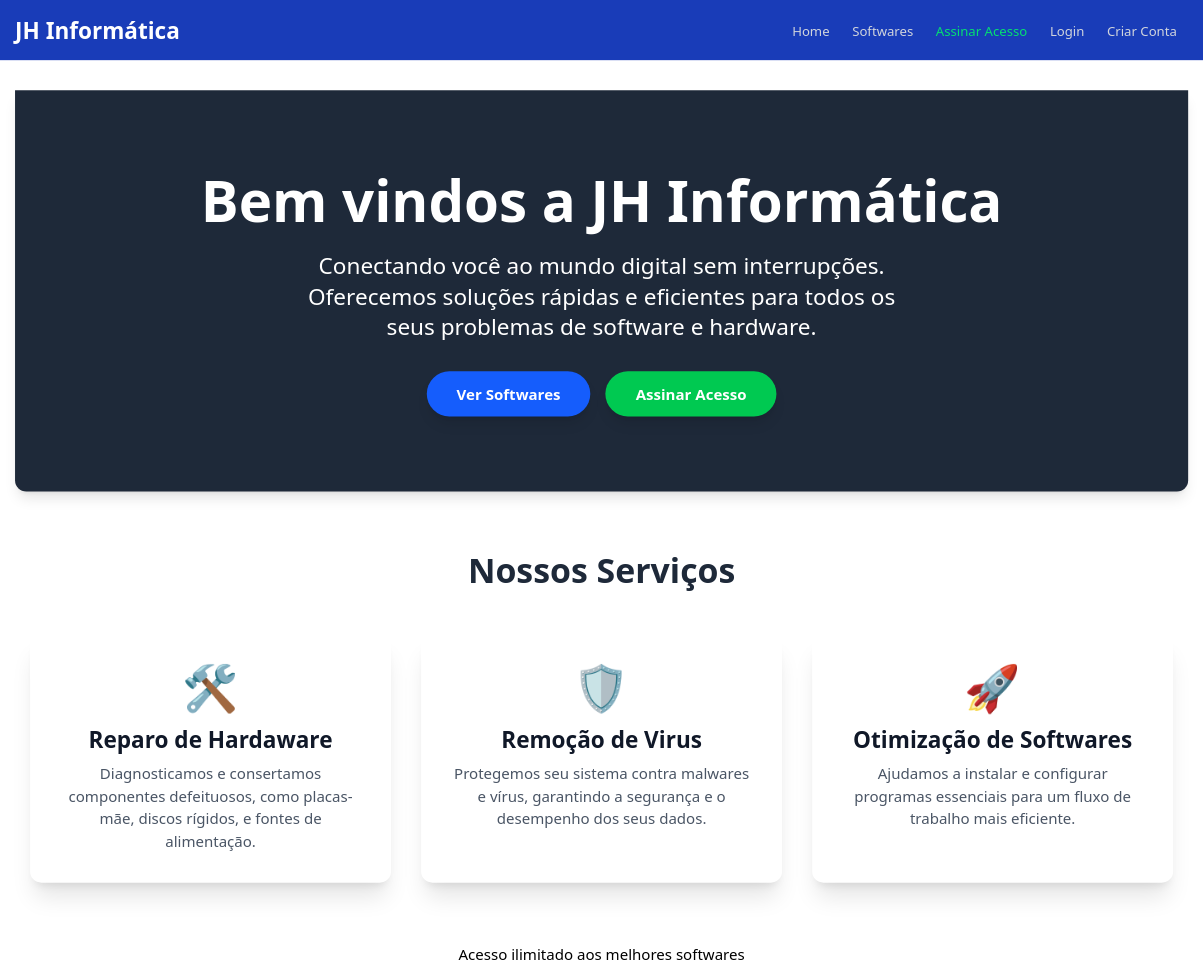
Repository: estevam02009/jh-info
Page: / (app in frontend/)
The author's editor kept a copy of each file at every save. The page is drawn from the files as they stood at one save, then again after the next save.
The browser window is 1280 px wide. The pictures show the whole page, at 94% of full size.
The project was rebuilt for these pictures with package versions that can differ from the ones it lists, and the page was loaded fresh each time. Also part of the build but not shown: frontend/src/pages/Login.jsx, frontend/src/pages/Register.jsx, frontend/src/pages/Dashboard.jsx, frontend/src/components/ProtectedRoute.jsx, frontend/src/pages/SoftwareList.jsx, frontend/src/pages/SoftwareDetails.jsx, frontend/src/pages/SoftwareManagement.jsx, frontend/src/pages/PaymentPage.jsx and 1 more.

Above is the page before, as saved 2025-07-13 11:49:37.

After the next save:
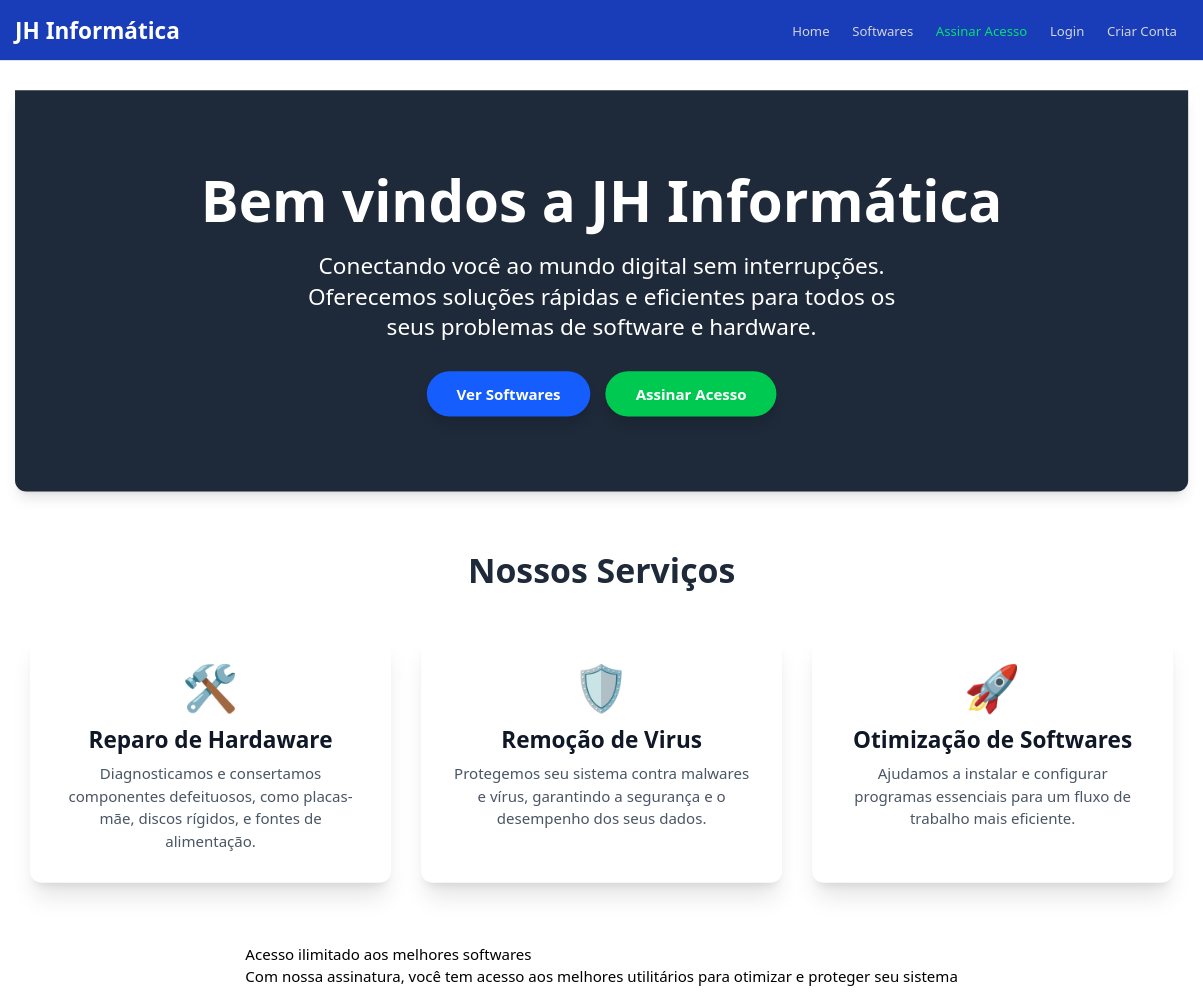
Saved 31 s later.
--- a/frontend/src/pages/Home.jsx
+++ b/frontend/src/pages/Home.jsx
@@ -66,6 +66,9 @@ const Home = () => {
             {/* Seção de chamada para a ação */}
             <div>
                 <h2>Acesso ilimitado aos melhores softwares</h2>
+                <p>
+                    Com nossa assinatura, você tem acesso aos melhores utilitários para otimizar e proteger seu sistema
+                </p>
             </div>
         </div>
     )
